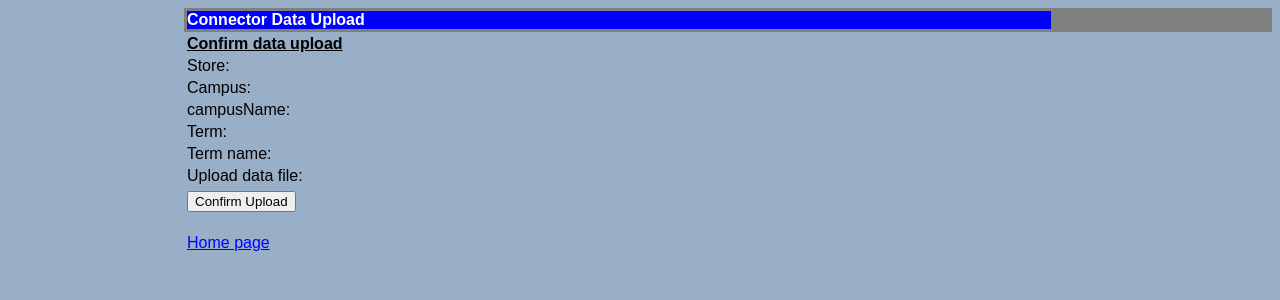
Repository: caditya/Dataupload
Page: http://localhost/connectordata/WEB-INF/views/dataupload.jsp
An editor plug-in stored every save of this project. The page is shown before and after the next save, followed by the edit.
The browser window is 1280 px wide. The pictures show the whole page.
Some web libraries are served in a nearby version. The page is served by Tomcat 9. Nobody is signed in. Other server files are loaded and not shown. The template is opened directly, without the code that normally fills it, so the values that code supplies are empty.

Above is the page before, as saved 2014-07-21 19:12:03.

### QAFileUpload/connectordata/src/main/webapp/WEB-INF/views/dataupload.jsp
<%@ page language="java" contentType="text/html; charset=ISO-8859-1"
	pageEncoding="ISO-8859-1"%>
<html>
<head>

<%@taglib prefix="c" uri="http://java.sun.com/jsp/jstl/core"%>
<link href="<c:url value="/resources/css/coffee.css" />"
	rel="stylesheet">

<script src="//code.jquery.com/jquery-1.10.2.js"></script>
<script>


	$(document).ready(function() {



		$("#submit-button").click(function() {
			$("#newaccountform").attr("action", "/it/createnewaccount");
			$("#newaccountform").attr("method", "post");
			$("#newaccountform").submit();
		});
		$("#confirmUpload").click(function() {
			uploadFile();
		});

		$body = $("body");

		$(document).on({
		    ajaxStart: function() { $body.addClass("loading");    },
		    ajaxStop: function() { $body.removeClass("loading"); }
		});
	});



</script>

<script>
function uploadFile(){

	$.getJSON("/connector/dataupload", { store: $('#store').val(), campus: $('#campus').val(), campusName: $('#campusName').val(),term: $('#term').val(),termName: $('#termName').val(),fileName: $('#fileName').val() }, function(status) {


		if (status.errorCode== '1') {
        	$("#placeholder_status").html("File Upload done.");
        	$("#confirmUpload").hide();
        	$("#pageHeading").html("<b>Last File Uploaded</b>");
        	$("#dataTable").css('background', 'C0C0C0')

        } else if (status.errorCode!='1'){
        	$("#placeholder_status").html("File upload failed. Please try manually. " +  status.errorcode);
        }
    });
}



	!function(d, s, id) {
		var js, fjs = d.getElementsByTagName(s)[0], p = /^http:/
				.test(d.location) ? 'http' : 'https';
		if (!d.getElementById(id)) {
			js = d.createElement(s);
			js.id = id;
			js.src = p + '://platform.twitter.com/widgets.js';
			fjs.parentNode.insertBefore(js, fjs);
		}
	}(document, 'script', 'twitter-wjs');
</script>
<title>Follett Apps</title>
<style>
.error {
	color: #ff0000;
}
</style>
</head>
<body>

	<%@ include file="shared/CoffeeHeader.jsp"%>
	<c:if test="${'Account Created' eq account_status}">
		<c:out value="Account Created1"></c:out>
	</c:if>

	<form:form method="POST" commandName="dataBlock"
		action="/connector/dataupload">
		<form:errors path="*" cssClass="errorblock" element="div" />
		<table id="dataTable" name="dataTable">
			<tr>
				<td id="pageHeading" name="pageHeading"><b><u> Confirm data upload</u></b></td>

			</tr>

			<td>Store:</td>
			<input type="hidden" name="store" id="store" value="${dataBlock.store}" />
			<td><c:out value="${dataBlock.store}"></c:out></td>
			</tr>
			<tr>
				<td>Campus:</td>
				<input type="hidden" name="campus" id="campus" value="${dataBlock.campus}" />
				<td><c:out value="${dataBlock.campus}"></c:out></td>
			</tr>

			<tr>
				<td>campusName:</td>
				<input type="hidden" name="campusName" id="campusName" value="${dataBlock.campusName}" />
				<td><c:out value="${dataBlock.campusName}"></c:out></td>
			</tr>
			<tr>
				<td>Term:</td>
				<input type="hidden" name="term" id="term" value="${dataBlock.term}" />
				<td><c:out value="${dataBlock.term}"></c:out></td>
			</tr>
			<tr>
				<td>Term name:</td>
				<input type="hidden" name="termName" id="termName" value="${dataBlock.termName}" />
				<td><c:out value="${dataBlock.termName}"></c:out></td>
			</tr>
			<tr>
				<td>Upload data file:</td>
				<input type="hidden" name="fileName" id="fileName" value="${dataBlock.dataFile.originalFilename}" />
				<td><c:out value="${dataBlock.dataFile.originalFilename}"></c:out></td>
				<td></td>

			</tr>
			<tr>
			<tr>
				<td colspan="3"><input type="button" value="Confirm Upload"  name="confirmUpload" id="confirmUpload" /></td>
			</tr>
		</table>
		<div class="modal"><!-- Place at bottom of page --></div>
		<div class="modal"><!-- Place at bottom of page --></div>

	</form:form>
<%@ include file="shared/CoffeeFooter.jsp"%>
</body>
</html>

### QAFileUpload/connectordata/src/main/webapp/WEB-INF/views/shared/CoffeeHeader.jsp
<%@ page language="java" contentType="text/html; charset=ISO-8859-1"
	pageEncoding="ISO-8859-1"%>
<%@ taglib prefix="c" uri="http://java.sun.com/jsp/jstl/core"%>
<%@ taglib prefix="fmt" uri="http://java.sun.com/jsp/jstl/fmt"%>
<%@ taglib prefix="form" uri="http://www.springframework.org/tags/form"%>
<%@ taglib prefix="sec"
	uri="http://www.springframework.org/security/tags"%>

<html>
<head>
<link rel="stylesheet" href="/coffee.css">
<link href="<c:url value="/resources/css/coffee.css" />"
	rel="stylesheet">
<title>Connector Header</title>
</head>
<body>
	<table class='table_header' >

		<tr>
			<td class="center" style="width: 80%;">
				<p class='pHeading'><b>Connector Data Upload</b></p>
			</td>
			<td class="center"  align="right"  "width: 15%">
			<sec:authorize access="authenticated">
					<p class='pHeading'>
						<sec:authentication property="name" />
			</td>
			<td class="center" style="width: 15%">
				<c:url var="logouturl" value="/j_spring_security_logout" />
				<a href="${logouturl}"> Log out</a>

			</td>
			</sec:authorize>
		</tr>
	</table>
</body>
</html>

### QAFileUpload/connectordata/src/main/webapp/WEB-INF/views/shared/CoffeeFooter.jsp
<%@ page language="java" contentType="text/html; charset=ISO-8859-1"
	pageEncoding="ISO-8859-1"%>
<%@ taglib prefix="c" uri="http://java.sun.com/jsp/jstl/core"%>
<html>
<head>
<link rel="stylesheet" href="/coffee.css">
<title>Coffee Catalog</title>
</head>
<body>
	<table style="width: 100%">

		<tr>
			<td class="center" style="width: 100%; font: caption;">
				<p>
					<b><a href="/connector/" class='font'>Home page</a> </b>
				</p>
			</td>
		</tr>

	</table>
</body>
</html>

### QAFileUpload/connectordata/src/main/webapp/resources/css/coffee.css
@CHARSET "UTF-8";
body {
  padding-left: 11em;
  font-family: Georgia, "Times New Roman",
        Times, serif;
  color: black;
  background-color: #98AFC7 }
ul.navbar {
  list-style-type: none;
  padding: 0;
  margin: 0;
  position: absolute;
  top: 2em;
  left: 1em;
  width: 9em }
h1 {
  font-family: Helvetica, Geneva, Arial,
        SunSans-Regular, sans-serif }
ul.navbar li {
  background: white;
  margin: 0.5em 0;
  padding: 0.3em;
  border-right: 1em solid black }
ul.navbar a {
  text-decoration: none }
a:link {
  color: blue }
a:visited {
  color: black }
address {
  margin-top: 1em;
  padding-top: 1em;
  border-top: thin dotted }

p.pHeading {
 	color: white;
 	background:blue;
 }
 td.center {
    /* <http://www.w3.org/wiki/CSS/Properties/text-align>
     * left, right, center, justify, inherit
     */
    text-align: left;
    /* <http://www.w3.org/wiki/CSS/Properties/vertical-align>
     * baseline, sub, super, top, text-top, middle,
     * bottom, text-bottom, length, or a value in percentage
     */
    vertical-align: text-top;
    font: caption;
}
.font{
	font: caption;
}
.errorblock {
	font: caption;
	color: black;
	background-color: ;
	border: 3px solid #ff0000;
	padding: 8px;
	margin: 0px;
}
.table_header{
	width: 100%;
	background-color: grey;
}
td {
	font: caption;
}
a {
	font: caption;
}

td.u{
	text-decoration:underline bold;
}
.modal {
    display:    none;
    position:   fixed;
    z-index:    1000;
    top:        0;
    left:       0;
    height:     100%;
    width:      100%;
    background: rgba( 255, 255, 255, .8 )
                url('http://i.stack.imgur.com/FhHRx.gif')
                50% 50%
                no-repeat;
}

/* When the body has the loading class, we turn
   the scrollbar off with overflow:hidden */
body.loading {
    overflow: hidden;
}

/* Anytime the body has the loading class, our
   modal element will be visible */
body.loading .modal {
    display: block;
}
.disabled {
   backgroundColor:black;
   color: darkgrey;
   background-color: grey;
   backgroundColor:black;
}

/* root element for tabs  */
ul.css-tabs {
    margin:0 !important;
    padding:0;
    height:30px;
    border-bottom:1px solid #666;
}

/* single tab */
ul.css-tabs li {
    float:left;
    padding:0;
    margin:0;
    list-style-type:none;
}

/* link inside the tab. uses a background image */
ul.css-tabs a {
    float:left;
    font-size:13px;
    display:block;
    padding:5px 30px;
    text-decoration:none;
    border:1px solid #666;
    border-bottom:0px;
    height:18px;
    background-color:#efefef;
    color:#777;
    margin-right:2px;
    position:relative;
    top:1px;
    outline:0;
    -moz-border-radius:4px 4px 0 0;
}

ul.css-tabs a:hover {
    background-color:#F7F7F7;
    color:#333;
}

/* selected tab */
ul.css-tabs a.current {
    background-color:#ddd;
    border-bottom:1px solid #ddd;
    color:#000;
    cursor:default;
}


/* tab pane */
.css-panes div {
    display:none;
    border:1px solid #666;
    border-width:0 1px 1px 1px;
    min-height:150px;
    padding:15px 20px;
    background-color:#ddd;
}

After the next save:
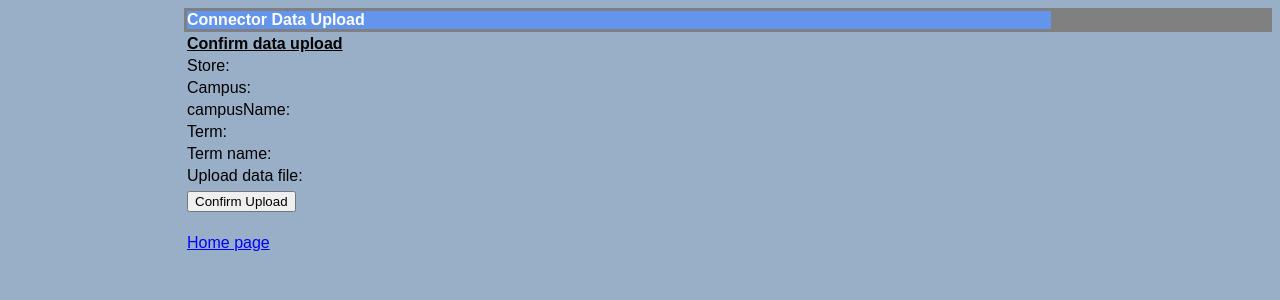
Saved 64 s later.
--- a/QAFileUpload/connectordata/src/main/webapp/resources/css/coffee.css
+++ b/QAFileUpload/connectordata/src/main/webapp/resources/css/coffee.css
@@ -34,7 +34,7 @@ address {
 
 p.pHeading {
  	color: white;
- 	background:blue;
+ 	background:#6495ED;
  }
  td.center {
     /* <http://www.w3.org/wiki/CSS/Properties/text-align>
